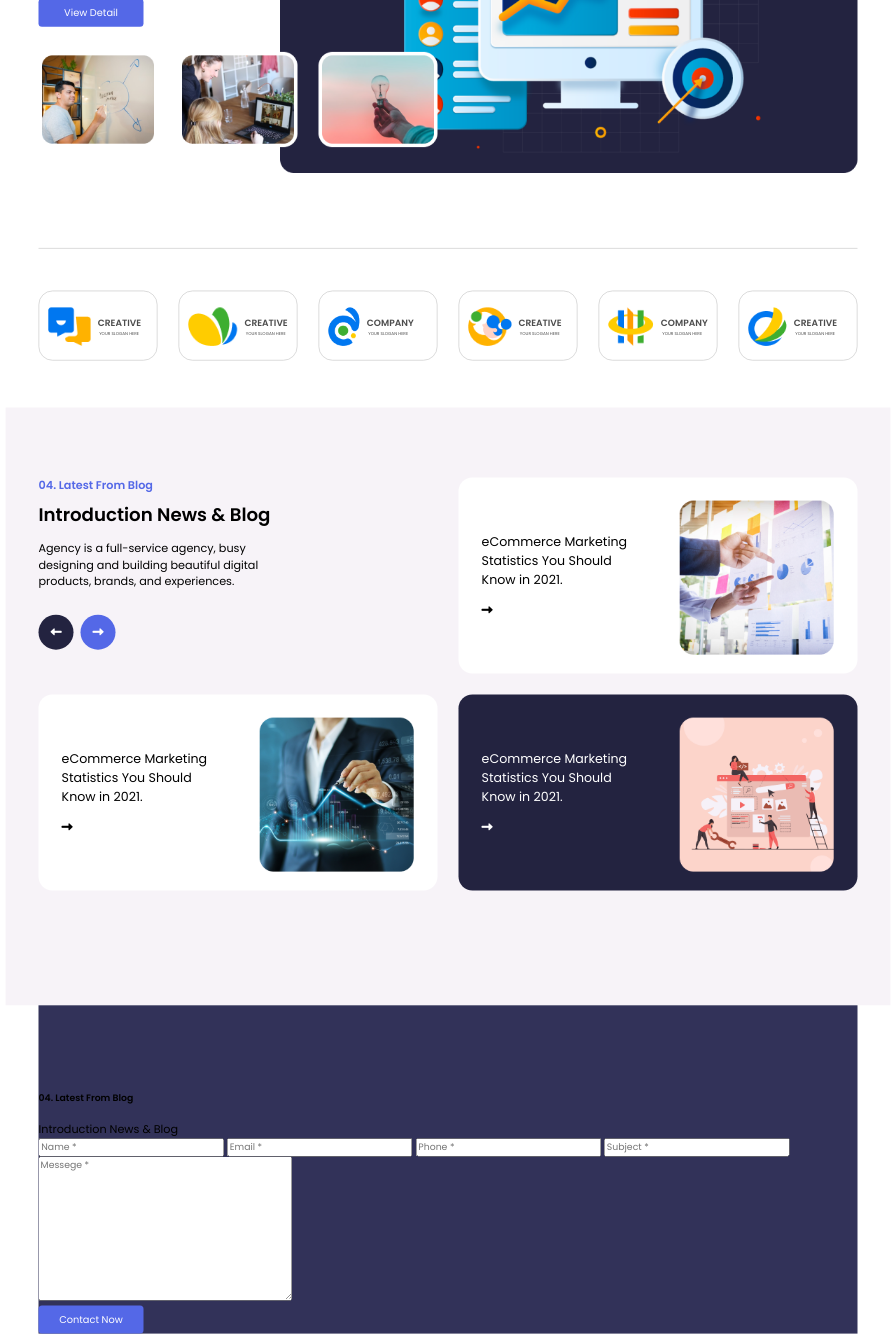
Repository: tranchi0120/LangdingPage-Htmlcss-Ago
Page: index.html
These files come from the project's save history. The page is drawn as it stood at one moment and after the next save; the edit follows.
The browser window is 1280 px wide. The pictures show the part of the page from y = 2913 to 4833 px (the page is 4826 px tall before and 4833 px after), at 70% of full size.
Some web libraries are served in a nearby version. The style sheet was rebuilt from its Sass, Less or Tailwind sources for each picture, by a compiler version that may differ from the author's.

Above is the page before, as saved 2022-07-15 10:33:18.

After the next save:
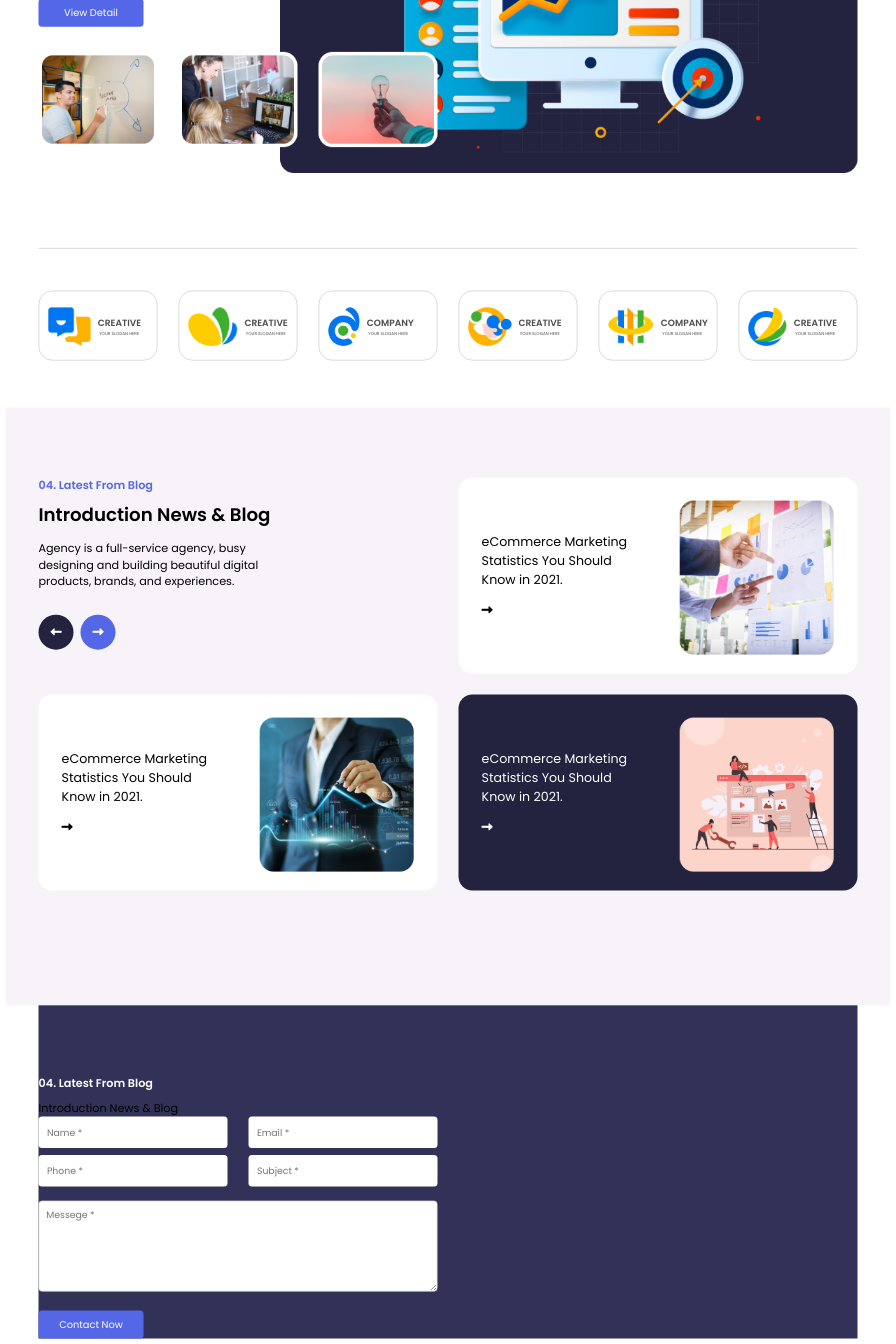
Saved 15 s later.
--- a/sass/_contact.scss
+++ b/sass/_contact.scss
@@ -12,49 +12,45 @@
         background: #323259;
         padding-top: 100px;
         margin: 0 auto;
-        &-number {
-            margin-bottom: 10px;
-            margin-top: 0;
-            font-weight: 600;
-            line-height: 24px;
-            color: white;
-            font-size: 16px;
-        }
-        &-title {
-            display: block;
-            font-size: 26px;
-            line-height: 39px;
-            font-weight: 600;
-            margin-bottom: 25px;
-            color: white;
-            margin-bottom: 37px;
-        }
-        &-input {
-            padding: 12px;
-            border-radius: 5px;
-            height: 45px;
-            width: 270px;
-            border: none;
-        }
-        &-import {
-            width: 570px;
-            display: grid;
-            grid-template-columns: repeat(2, 1fr);
-            gap: 10px 30px;
-        }
-        &-textarea {
-            padding: 10px;
-            border-radius: 5px;
-            border: 1px solid #cccccc;
-            height: 130px;
-            width: 570px;
-            margin-top: 20px;
-            margin-bottom: 20px;
-        }
     }
 
-    // &-right {
-    //     z-index: -1;
-    //     margin-top: -607px;
-    // }
+    &-number {
+        margin-bottom: 10px;
+        margin-top: 0;
+        font-weight: 600;
+        line-height: 24px;
+        color: white;
+        font-size: 16px;
+    }
+    &-title {
+        display: block;
+        font-size: 26px;
+        line-height: 39px;
+        font-weight: 600;
+        margin-bottom: 25px;
+        color: white;
+        margin-bottom: 37px;
+    }
+    &-input {
+        padding: 12px;
+        border-radius: 5px;
+        height: 45px;
+        width: 270px;
+        border: none;
+    }
+    &-import {
+        width: 570px;
+        display: grid;
+        grid-template-columns: repeat(2, 1fr);
+        gap: 10px 30px;
+    }
+    &-textarea {
+        padding: 10px;
+        border-radius: 5px;
+        border: 1px solid #cccccc;
+        height: 130px;
+        width: 570px;
+        margin-top: 20px;
+        margin-bottom: 20px;
+    }
 }
